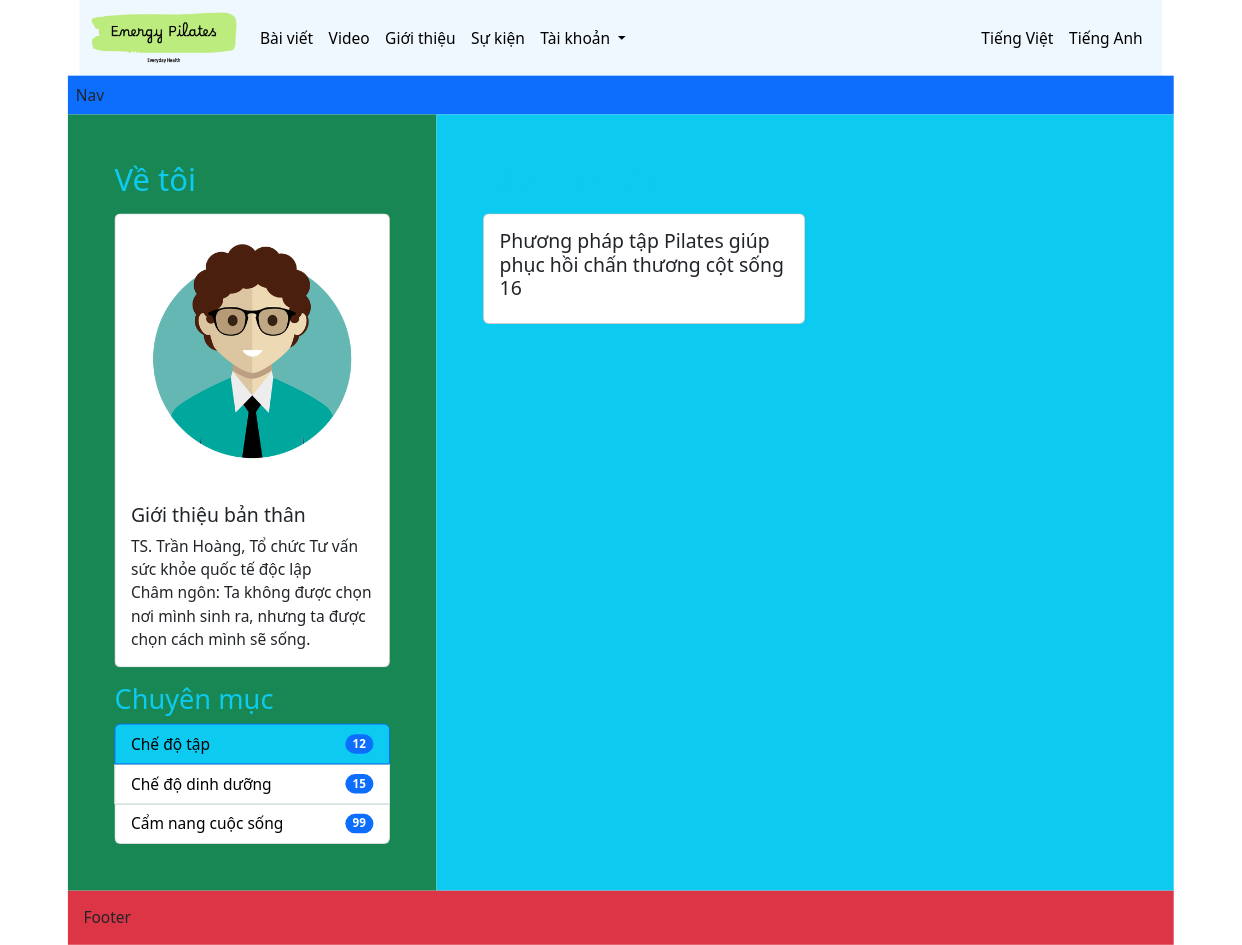
Repository: KizukoHeiwa/SOF308
Page: Lab1/index.html
These files come from the project's save history. The page is drawn as it stood at one moment and after the next save; the edit follows.
The browser window is 1280 px wide. The pictures show the whole page, at 97% of full size.

Above is the page before, as saved 2024-10-31 10:21:09.
Not found: Lab1/font-awesome/css/font-awesome.min.css

After the next save:
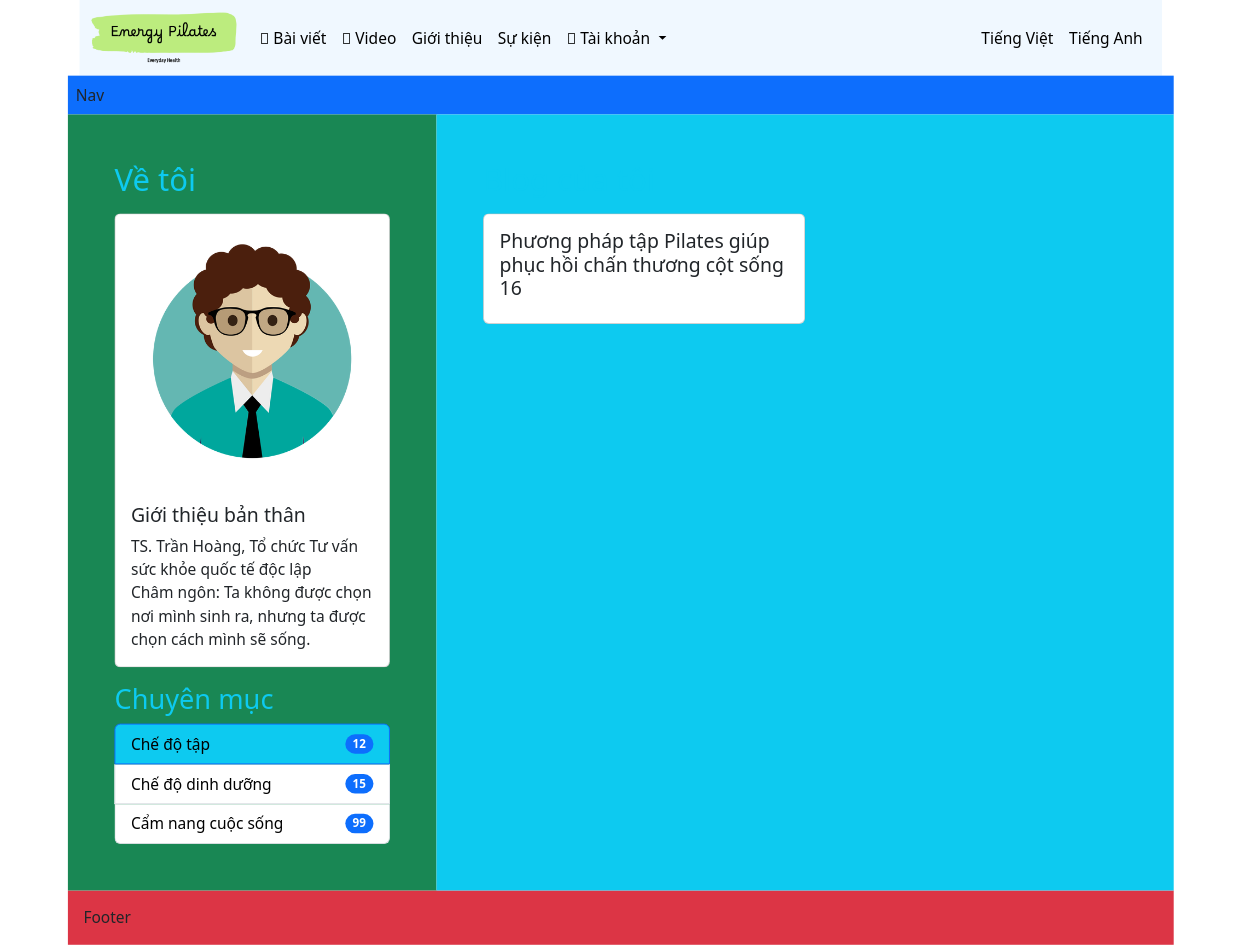
Saved 22 s later.
--- a/Lab1/index.html
+++ b/Lab1/index.html
@@ -6,7 +6,7 @@
     <title>FPT Polytechnic</title>
     <link href="https://cdn.jsdelivr.net/npm/bootstrap@5.3.3/dist/css/bootstrap.min.css" rel="stylesheet" integrity="sha384-QWTKZyjpPEjISv5WaRU9OFeRpok6YctnYmDr5pNlyT2bRjXh0JMhjY6hW+ALEwIH" crossorigin="anonymous">
     <script src="https://cdn.jsdelivr.net/npm/bootstrap@5.3.3/dist/js/bootstrap.bundle.min.js" integrity="sha384-YvpcrYf0tY3lHB60NNkmXc5s9fDVZLESaAA55NDzOxhy9GkcIdslK1eN7N6jIeHz" crossorigin="anonymous"></script>
-    <link rel="stylesheet" href="./font-awesome/css/font-awesome.min.css">
+    <link rel="stylesheet" href="../font-awesome-4.7.0/css/font-awesome.min.css">
     <style>
         header{
             background-color: aliceblue;
